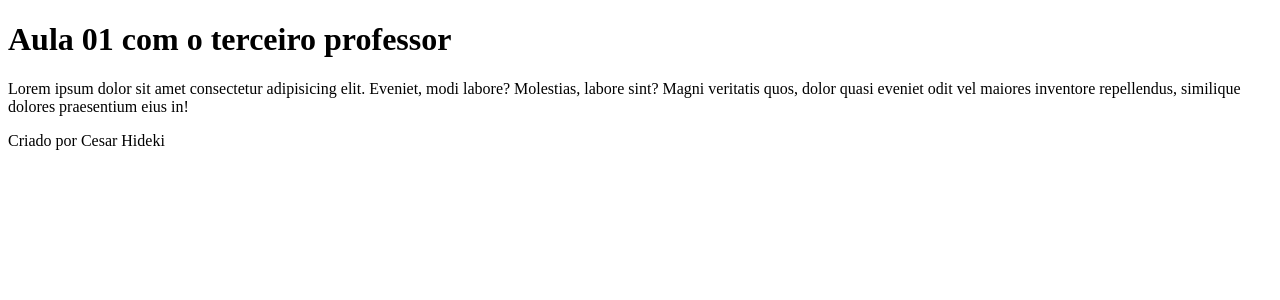
Repository: geracao-11/aula-01-pt2
Page: index.html
An editor plug-in stored every save of this project. The page is shown before and after the next save, followed by the edit.
The browser window is 1280 px wide. The pictures show the whole page.

Above is the page before, as saved 2025-04-09 10:13:03.

### index.html
<!DOCTYPE html>
<html lang="en">
<head>
    <meta charset="UTF-8">
    <meta name="viewport" content="width=device-width, initial-scale=1.0">
    <title>AULA 01</title>
    <link rel="stylesheet" href="style.css">
</head>
<body>
    <header>

    </header>
    <main>
        <h1>Aula 01 com o terceiro professor</h1>
        <p>Lorem ipsum dolor sit amet consectetur adipisicing elit. Eveniet, modi labore? Molestias, labore sint? Magni veritatis quos, dolor quasi eveniet odit vel maiores inventore repellendus, similique dolores praesentium eius in!</p>
    </main>
    <footer>
        Criado por Cesar Hideki
    </footer>
</body>
</html>

### style.css
h1 {
    font-weight: bolder;
}

After the next save:
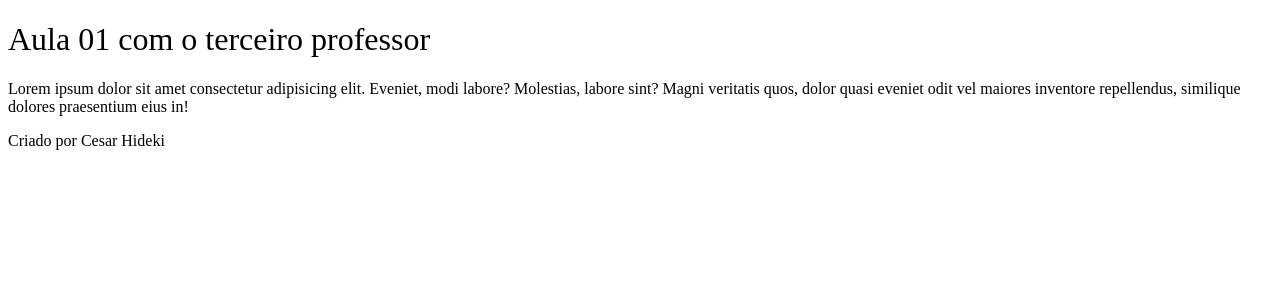
Saved 8 s later.
--- a/style.css
+++ b/style.css
@@ -1,3 +1,3 @@
 h1 {
-    font-weight: bolder;
+    font-weight: lighter;
 }
